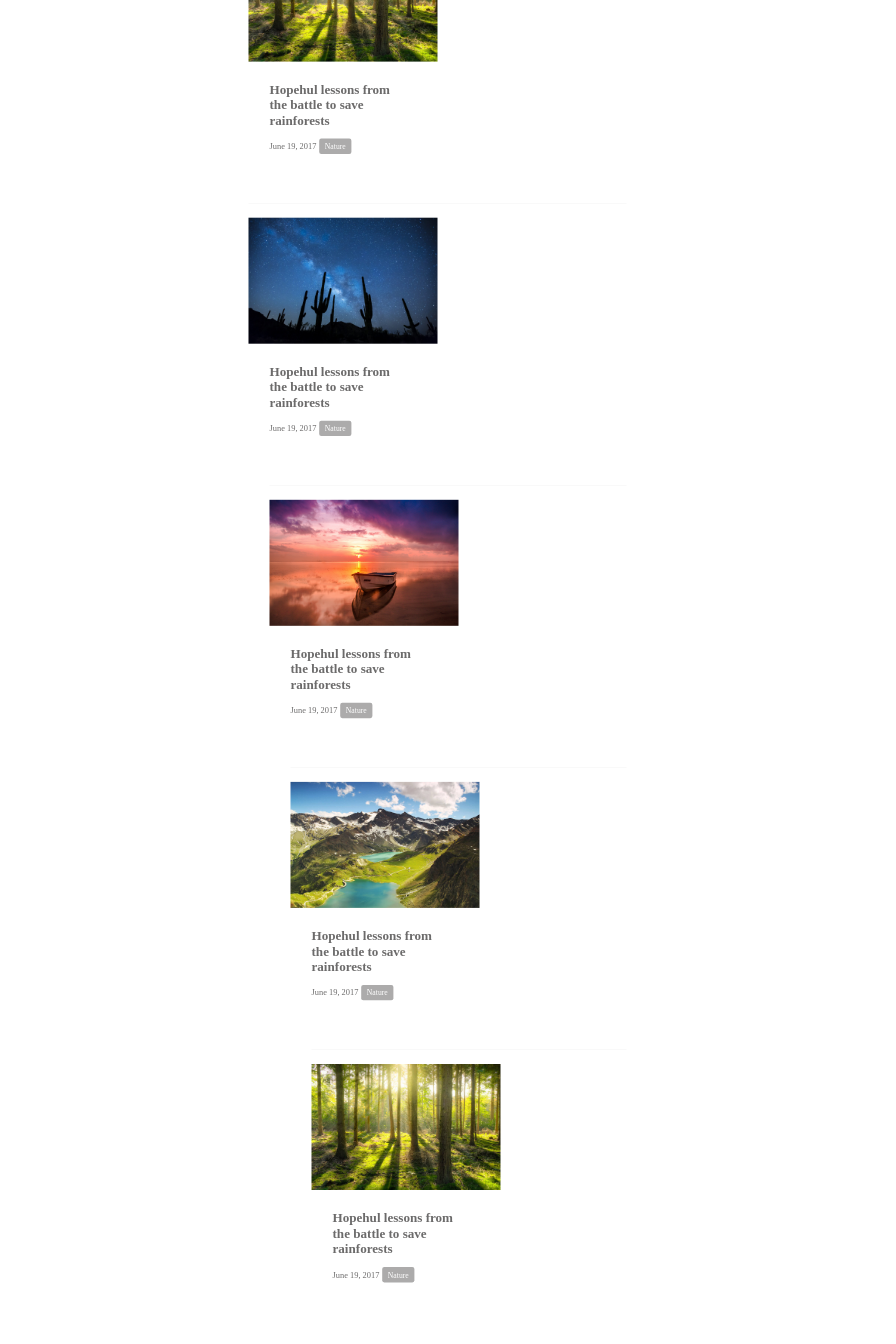
Repository: tttstk518/git-practice
Page: caravan/index.html
The author's editor kept a record of every edit. The page is drawn from the files as they stood at one moment, then again after the next edit.
The browser window is 1280 px wide. The pictures show the part of the page from y = 680 to 2600 px (the page is 2600 px tall), at 70% of full size.

Above is the page before.

After the next edit:
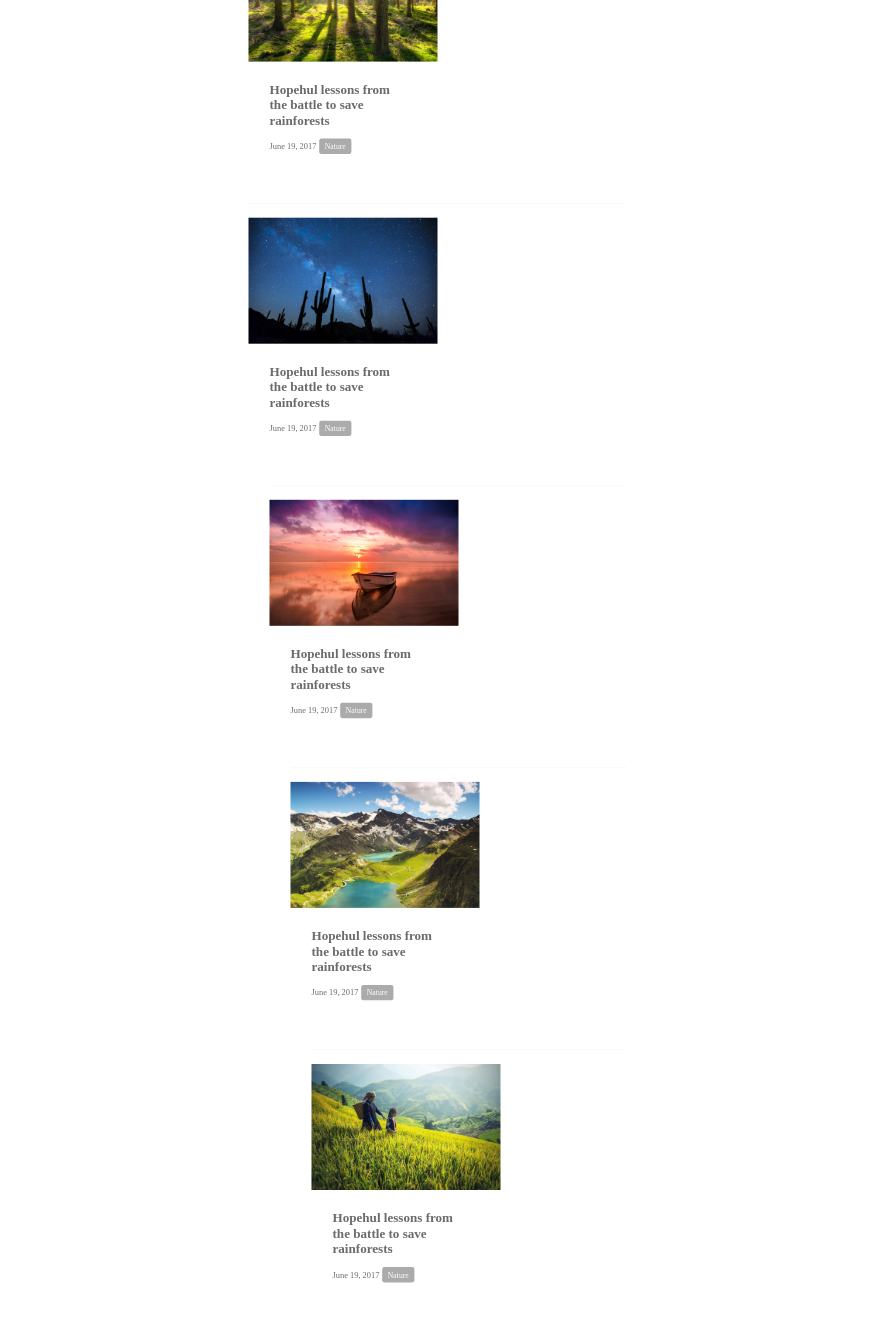
The edit:
--- a/caravan/index.html
+++ b/caravan/index.html
@@ -121,7 +121,7 @@
 
     <div class="blog-box"></div>
      <div class="blog-item"></div>
-      <img class="blog-image" src="img/forest.jpg">
+      <img class="blog-image" src="img/asia.jpg">
       <section class="blog-text">
        <h3 class="blog-text-heading">
 
